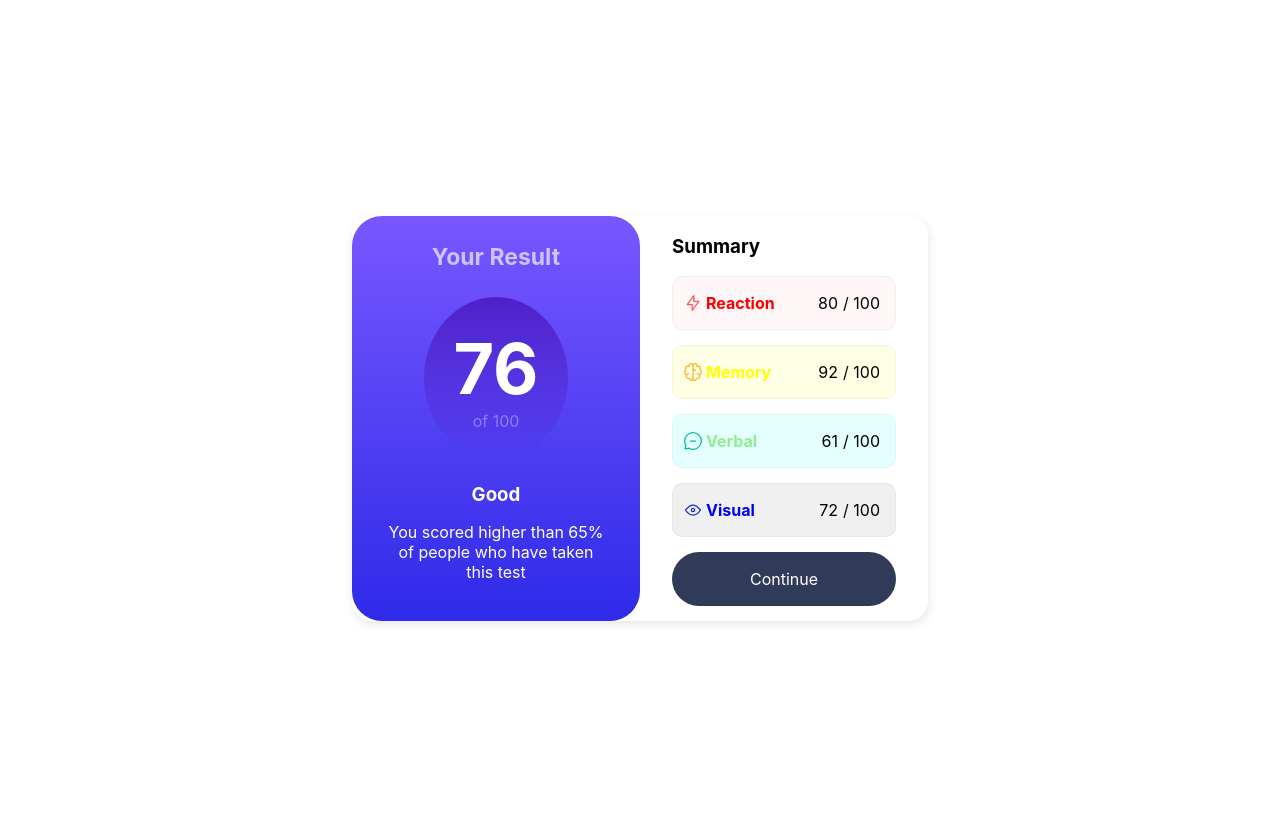
Repository: JeanPaulBassil/Result-Summary-Design
Page: /
An editor plug-in stored every save of this project. The page is shown before and after the next save, followed by the edit.
The browser window is 1280 px wide. The pictures show the whole page.
The project was rebuilt for these pictures with package versions that can differ from the ones it lists, and the page was loaded fresh each time.

Above is the page before, as saved 2023-02-24 18:20:37.

After the next save:
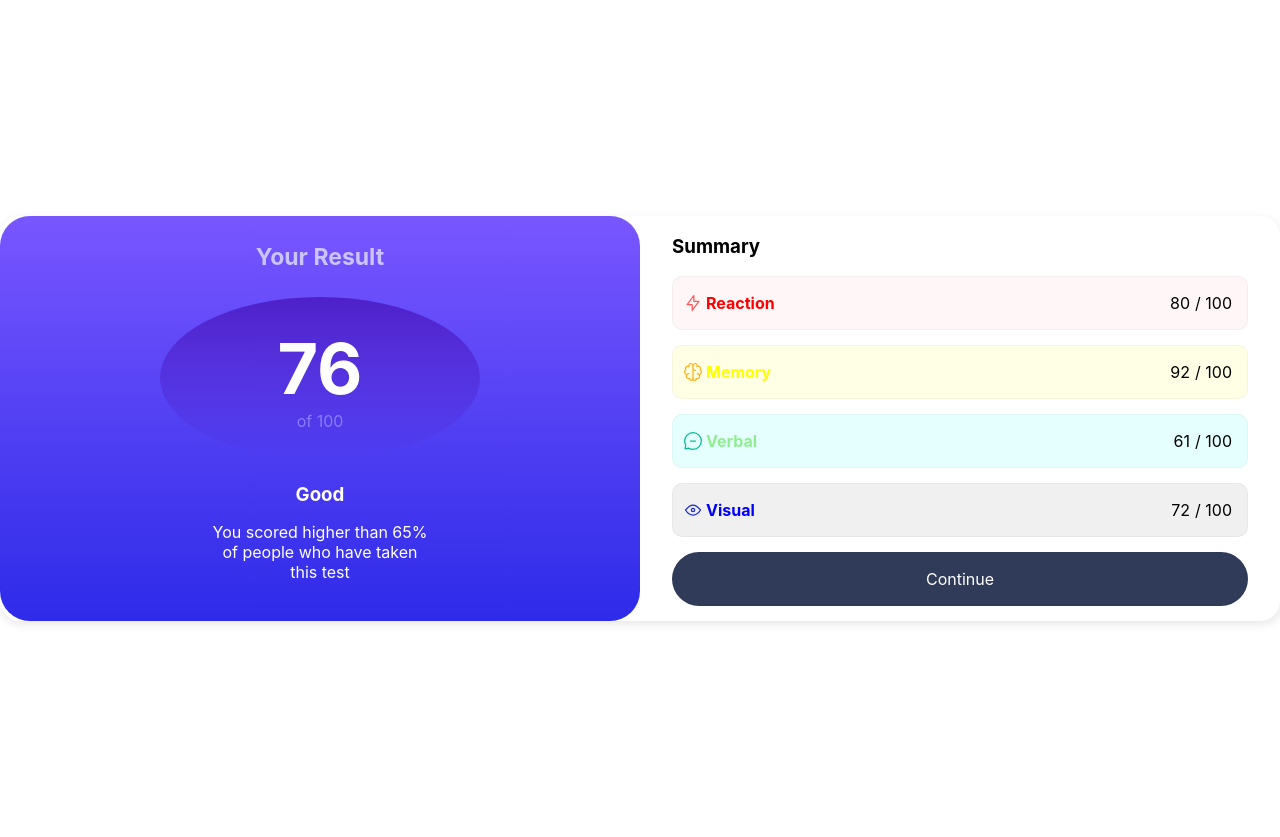
Saved 2 min 21 s later.
--- a/src/index.css
+++ b/src/index.css
@@ -13,8 +13,8 @@ code {
 }
 
 .app{
-  width: 45vw;
-  height: 50vh;
+  width: 100vw;
+  height: 100vh;
   box-shadow: 1px 3px 10px rgba(0, 0, 0, .1);
   border-radius: 20px;
   display: block;
@@ -23,3 +23,7 @@ code {
   grid-template-columns: 1fr 1fr;
   height: auto;
 }
+
+@media (max-width: 1125){
+
+}
